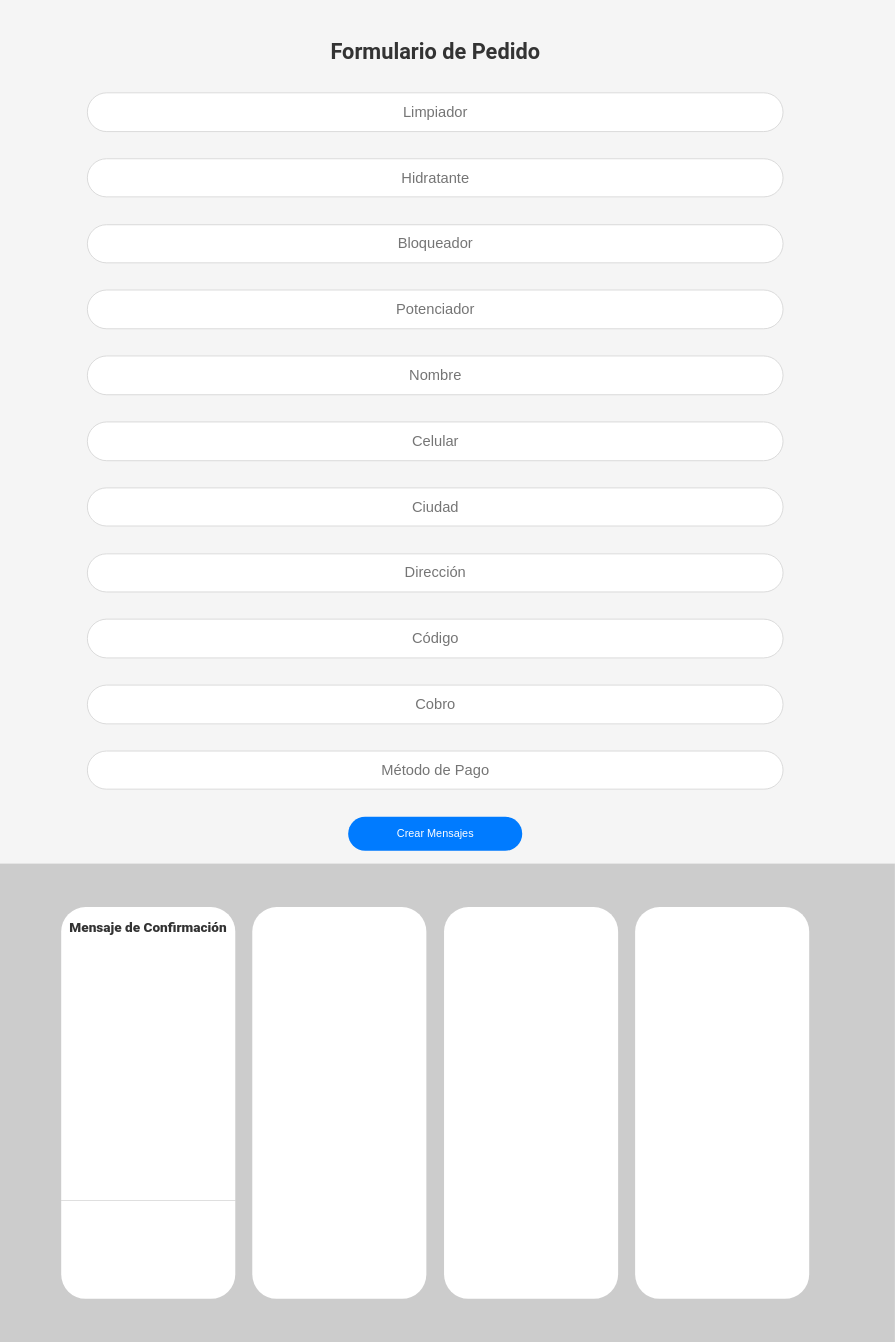
Repository: aCoupon0/intranet
Page: 1/venta-1.html
These files come from the project's save history. The page is drawn as it stood at one moment and after the next save; the edit follows.
The browser window is 1280 px wide. The page is 1316 px wide, so the pictures cover 1316 px, including what lies to the right of the window. The pictures show the whole page, at 68% of full size.

Above is the page before, as saved 2024-12-09 13:32:57.

### 1/venta-1.html
<!DOCTYPE html>
<html lang="es">

<head>
    <meta charset="UTF-8">
    <meta name="viewport" content="width=device-width, initial-scale=1.0">
    <title>Intranet DermaBox</title>
    <link rel="stylesheet" href="../css/venta.css">
</head>

<body>
    <h1>Formulario de Pedido</h1>

    <!-- Inputs para los productos -->
    <input type="text" id="input-limpiador" class="input-texto" placeholder="Limpiador">
    <input type="text" id="input-hidratante" class="input-texto" placeholder="Hidratante">
    <input type="text" id="input-bloqueador" class="input-texto" placeholder="Bloqueador">
    <input type="text" id="input-potenciador" class="input-texto" placeholder="Potenciador">

    <!-- Inputs para los datos del cliente -->
    <input type="text" id="input-nombre" class="input-texto" placeholder="Nombre">
    <input type="text" id="input-celular" class="input-texto" placeholder="Celular">
    <input type="text" id="input-ciudad" class="input-texto" placeholder="Ciudad">
    <input type="text" id="input-direccion" class="input-texto" placeholder="Dirección">

    <!-- Inputs para código, cobro y método -->
    <input type="text" id="input-codigo" class="input-texto" placeholder="Código">
    <input type="text" id="input-cobro" class="input-texto" placeholder="Cobro">
    <input type="text" id="input-metodo" class="input-texto" placeholder="Método de Pago">

    <!-- Botón para enviar -->
    <button id="boton-enviar" class="boton-enviar">Crear Mensajes</button>

    <div class="primera-fase">
        <div class="section-dual">
            <div class="section-dual-title">Mensaje de Confirmación</div>
            <div class="section-dual-1"></div>
            <div class="section-dual-2"></div>
        </div>
        <div class="section-dual"></div>
        <div class="section-dual"></div>
        <div class="section-dual"></div>
    </div>

    <script src="../js/ventas-shared.js"></script>
</body>

</html>

### css/venta.css
body {
    font-family: 'Roboto', system-ui, -apple-system, BlinkMacSystemFont, 'Segoe UI', sans-serif;
    margin: 0;
    padding: 0;
    display: flex;
    justify-content: center;
    align-items: center;
    height: auto;
    flex-direction: column;
    background-color: #f5f5f5;
    color: #333;
    gap: 1.5vw;
    padding-top: 5vh;
}

input {
    width: 80vw; /* Ocupa el 80% del ancho del contenedor */
    height: 8vh; /* Altura dinámica según el viewport */
    padding: 10px;
    font-size: 3vh;
    border: 1px solid #ccc;
    border-radius: 5vw;
    margin-bottom: 20px; /* Separación del botón */
    box-sizing: border-box;
    text-align: center;
}

.boton-enviar {
    width: 20%; /* Mismo ancho que el input */
    padding: 10px;
    height: 7vh; /* Misma altura que el input */
    font-size: 1rem;
    background-color: #007BFF;
    color: white;
    border: none;
    border-radius: 5vw;
    cursor: pointer;
    transition: background-color 0.3s;
    text-align: center;
}

.boton-enviar:hover {
    background-color: #0056b3;
}


.primera-fase {
    width: 100%;
    height: auto;
    padding: 5% 5vh 5% 5vh;
    display: flex;
    justify-content: center;
    align-content: center;
    background-color: #ccc;
    flex-direction: row;
    gap: 2%;
}

.section-dual {
    width: 20%;
    height: 80vh;
    border-radius: 5vh;
    display: flex;
    flex-direction: column;
    background-color: #ffffff;
    justify-content: flex-start;
    align-items: center;
}

.section-dual-title {
    width: 100%;
    height: 10%;
    display: flex;
    justify-content: center;
    align-items: center;
    font-size: 20px;
    font-weight: 800;
}

.section-dual-1 {
    width: 100%;
    height: 65%;
    border-bottom: 1px solid rgba(128, 128, 128, 0.339);
    display: flex;
    justify-content: flex-start;
    align-items: center;
    text-align: left;
    box-sizing: border-box;
    font-size: 13px;
    font-weight: 400;
    padding: 5%;
}


.section-dual-2 {
    width: 100%;
    height: 25%;
    display: flex;
    justify-content: flex-start;
    align-items: center;
    text-align: left;
    box-sizing: border-box;
    font-size: 13px;
    font-weight: 400;
    padding: 5%;
}

### js/ventas-shared.js
document.getElementById("boton-enviar").addEventListener("click", () => {
    const nombre = document.getElementById("input-nombre").value.trim();
    const codigo = document.getElementById("input-codigo").value.trim();
    const limpiador = document.getElementById("input-limpiador").value.trim();
    const hidratante = document.getElementById("input-hidratante").value.trim();
    const bloqueador = document.getElementById("input-bloqueador").value.trim();
    const potenciador = document.getElementById("input-potenciador").value.trim();
    const ciudad = document.getElementById("input-ciudad").value.trim();
    const direccion = document.getElementById("input-direccion").value.trim();
    const cobro = document.getElementById("input-cobro").value.trim();

    // Construir el mensaje con saltos de línea en HTML
    let mensaje = `Hola *${nombre}*,<br><br>Gracias por tu compra en DermaBox. Tu pedido *#${codigo}* ha sido confirmado y está en preparación.<br><br>Por favor confirma los siguientes datos:<br><br>*Pedido*<br>`;

    if (limpiador) mensaje += ` - *${limpiador}*<br>`;
    if (hidratante) mensaje += ` - *${hidratante}*<br>`;
    if (bloqueador) mensaje += ` - *${bloqueador}*<br>`;
    if (potenciador) mensaje += ` - *${potenciador}*<br>`;
    if (cobro) mensaje += ` - *${cobro}*<br>`;

    mensaje += `<br>*Información del Cliente*<br>`;
    if (nombre) mensaje += ` - *${nombre}*<br>`;
    if (ciudad) mensaje += ` - *${ciudad}*<br>`;
    if (direccion) mensaje += ` - *${direccion}*<br>`;


    // Mostrar el mensaje en el div correspondiente
    const sectionDual1 = document.querySelector(".section-dual-1");
    sectionDual1.innerHTML = mensaje; // Asignar el HTML con saltos de línea


    // Construir el mensaje para section-dual-2
    const mensaje2 = `Para hacer el envío necesitamos los siguientes datos:<br><br> - Número de cédula<br> - Detalles de dirección (Casa, Conjunto, Edificio...)<br>`;

    // Mostrar el mensaje en section-dual-2
    const sectionDual2 = document.querySelector(".section-dual-2");
    sectionDual2.innerHTML = mensaje2;
});

After the next save:
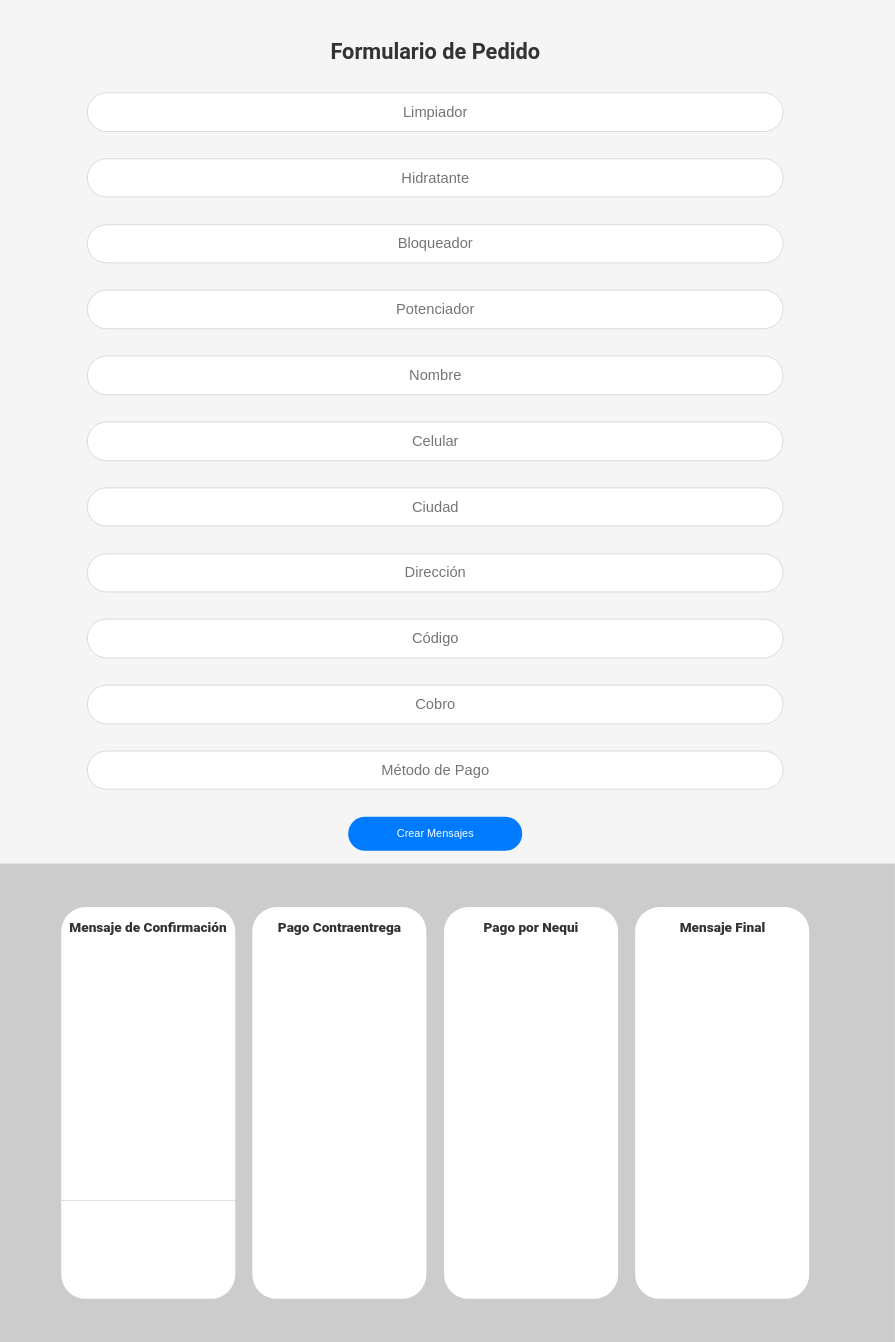
Saved 50 s later.
--- a/1/venta-1.html
+++ b/1/venta-1.html
@@ -37,9 +37,15 @@
             <div class="section-dual-1"></div>
             <div class="section-dual-2"></div>
         </div>
-        <div class="section-dual"></div>
-        <div class="section-dual"></div>
-        <div class="section-dual"></div>
+        <div class="section-dual">
+            <div class="section-dual-title">Pago Contraentrega</div>
+        </div>
+        <div class="section-dual">
+            <div class="section-dual-title">Pago por Nequi</div>
+        </div>
+        <div class="section-dual">
+            <div class="section-dual-title">Mensaje Final</div>
+        </div>
     </div>
 
     <script src="../js/ventas-shared.js"></script>
